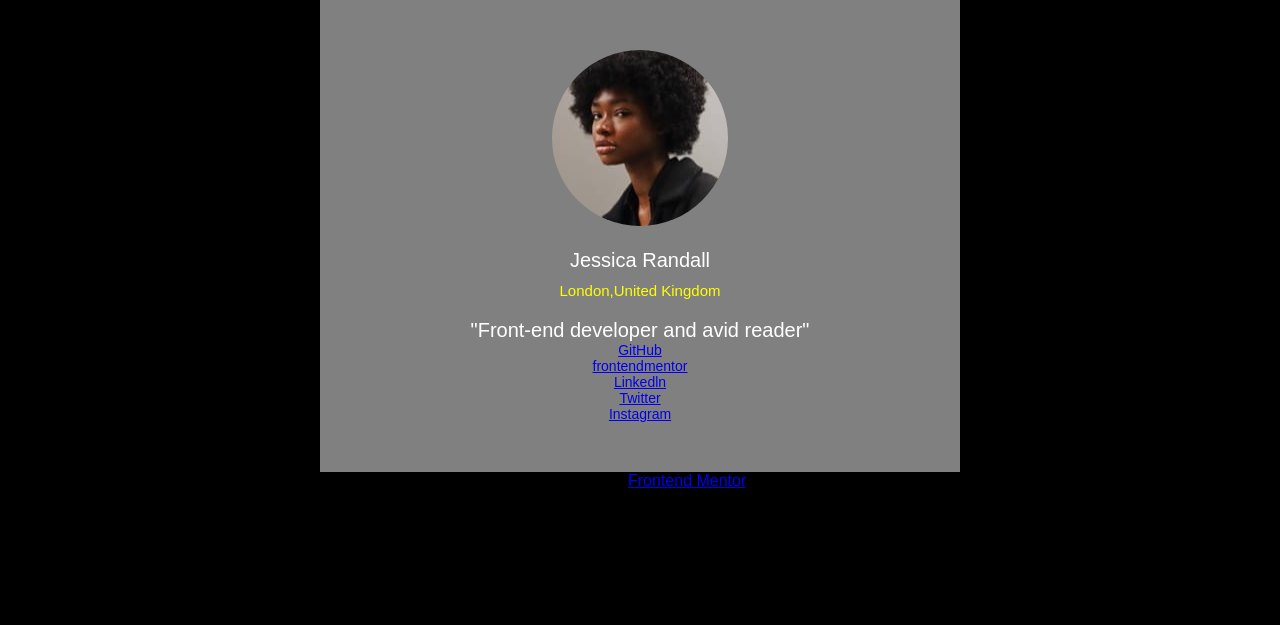
Repository: JosephAbatan05/Social-links-profile
Page: social-links-profile-main/index.html
The author's editor kept a copy of each file at every save. The page is drawn from the files as they stood at one save, then again after a run of saves.
The browser window is 1280 px wide. The pictures show the whole page.

Above is the page before, as saved 2025-01-25 10:58:34.

### social-links-profile-main/index.html
<!DOCTYPE html>
<html lang="en">
<head>
  <meta charset="UTF-8">
  <meta name="viewport" content="width=device-width, initial-scale=1.0"> <!-- displays site properly based on user's device -->

  <link rel="icon" type="image/png" sizes="32x32" href="./assets/images/favicon-32x32.png">

  <title>Frontend Mentor | Social links profile</title>
<link rel="stylesheet" href="styles.css">

  <!-- Feel free to remove these styles or customise in your own stylesheet 👍 --<style>
    .attribution { font-size: 11px; text-align: center; }
    .attribution a { color: hsl(228, 45%, 44%); }
  </style>
</head>
<body>

  Jessica Randall
  London, United Kingdom
  "Front-end developer and avid reader."

  GitHub
  Frontend Mentor
  LinkedIn
  Twitter
  Instagram


-->

<div class="container">
  <img src="assets\images\avatar-jessica.jpeg" >

<div id="name">Jessica Randall</div>
<div class="description">London,United Kingdom</div>
<div class="about">"Front-end developer and avid reader"</div>
<div id="fa-links-container">
  <div >
    <a href="https://github.com" class="button">GitHub</a>



    <a href="https://frontendmentor.com" class="button">frontendmentor</a>




    <a href="https://Linkedln.com" class="button">Linkedln</a>





    <a href="https://Twitter.com" class="button">Twitter</a>





    <a href="https://Instagram.com" class="button">Instagram</a>






  </div>



</div>


</div>
<div class="attribution">
  Challenge by <a href="https://www.frontendmentor.io?ref=challenge" target="_blank">Frontend Mentor</a>.
</div>

</body>
</html>

### social-links-profile-main/styles.css
body{
    margin:0;
    padding:0;
    box-sizing: border-box;
    background-color: black;
    font-family: sans-serif;
}
.container{
    text-align: center;
    margin: 0 auto;
    font-size:14px;
    background-color: grey;
    max-width: 50%;
    padding: 50px 0;
}
img{
    border-radius:50%;


}
.container #name{
    color:white;
    margin-top: 20px;
    font-size:20px;
}

.container .description{
    color:yellow;
    margin-top: 10px;
    font-size: 15px;
}
.container .about{
    margin-top:20px;
    color:white;
    font-size: 20px;
}

.fa-links-container{
    margin-top:20px;
    padding:10px;
    text-align: center;

}

.fa-links-container div {
    padding:10px;
    border-radius:5px;
    background-color:rgb(37, 36, 36);
    color:white;
    margin:0  auto;
    max-width: 45%;
    align-items:flex-end;
   margin-top: 5px;
   font-weight:bold
}

.button{
    display: flex;
    gap:15px;
    align-items:center;
    justify-content: center;

}
.button a{
    text-decoration: none;
    font-weight:600;
    padding:10px;s
}
.attribution{
    text-align:center;
    text-decoration: none;
}

After the next 2 saves:
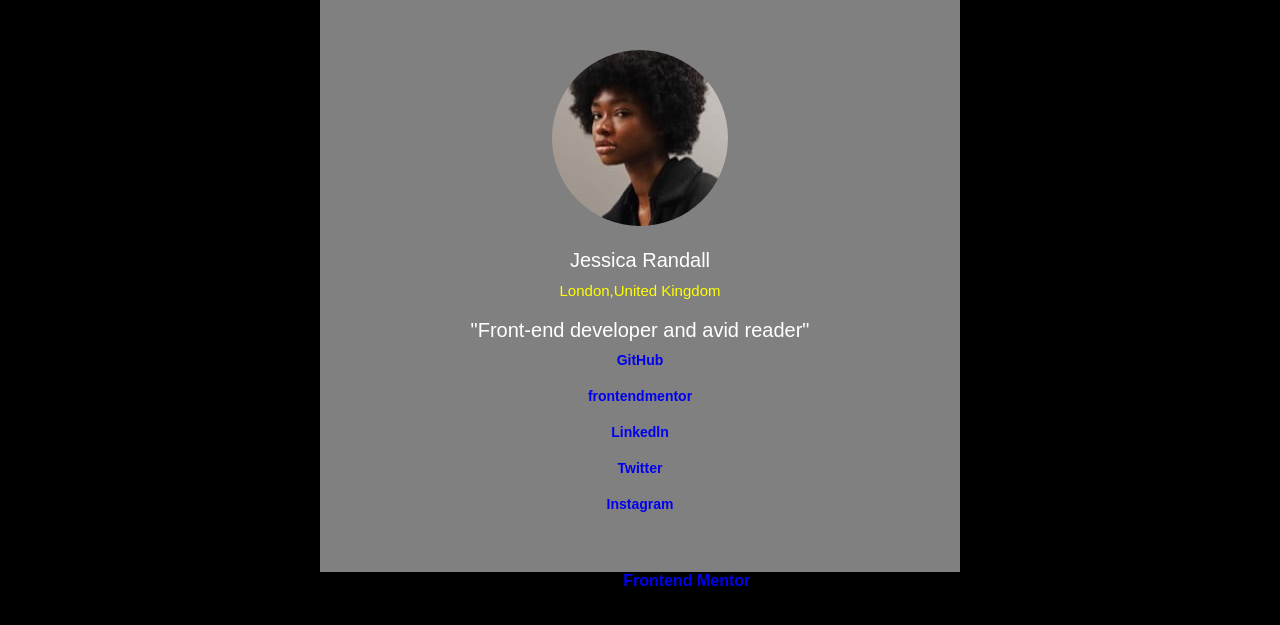
The 2 saves are shown as one change because they came seconds apart.
The last was saved 18 s later.
--- a/social-links-profile-main/styles.css
+++ b/social-links-profile-main/styles.css
@@ -61,7 +61,7 @@
     justify-content: center;
 
 }
-.button a{
+ a{
     text-decoration: none;
     font-weight:600;
     padding:10px;s

After the save that followed:
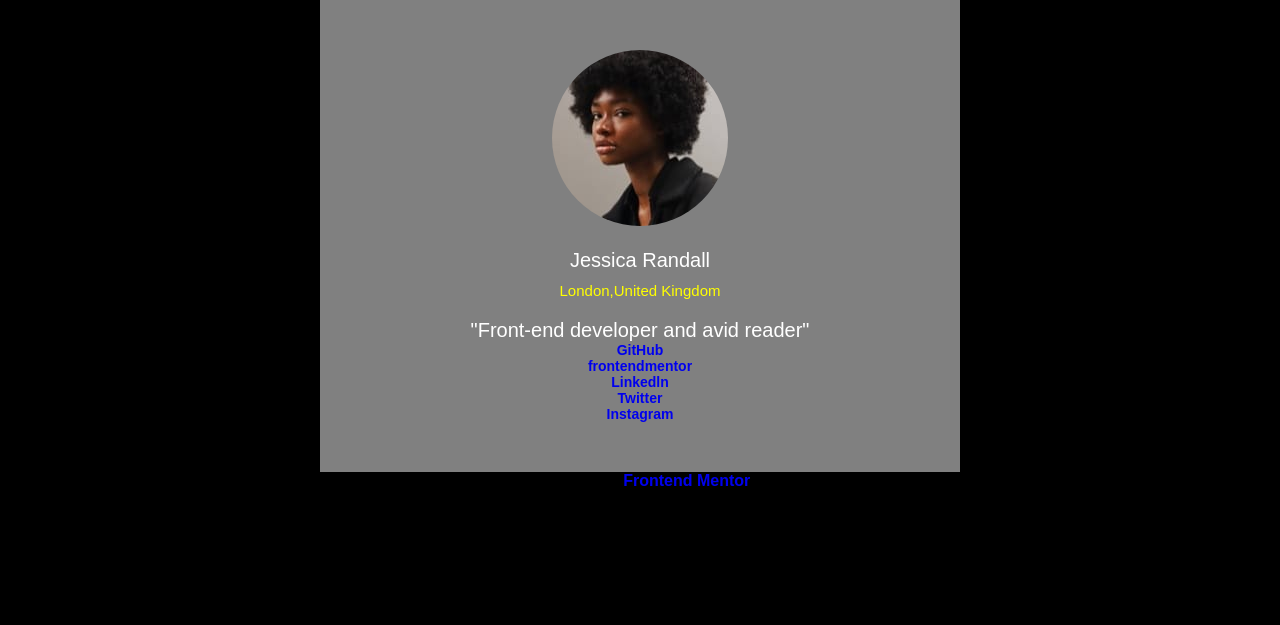
Saved 9 s later.
--- a/social-links-profile-main/styles.css
+++ b/social-links-profile-main/styles.css
@@ -64,7 +64,6 @@
  a{
     text-decoration: none;
     font-weight:600;
-    padding:10px;s
 }
 .attribution{
     text-align:center;
